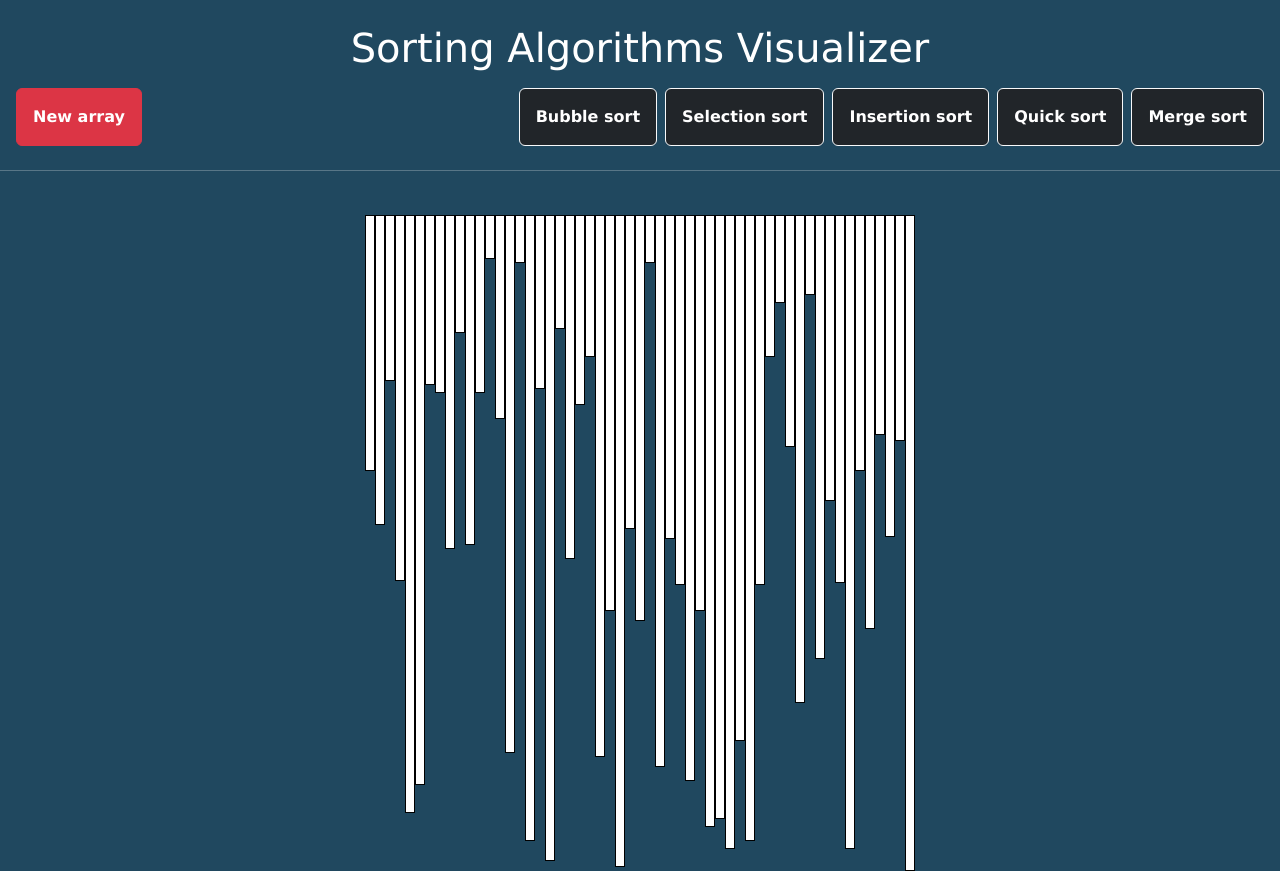
Repository: Vasil1001/Sorting-Algorithms-Visualizer-js
Page: views/index.html
These files come from the project's save history. The page is drawn as it stood at one moment and after the next save; the edit follows.
The browser window is 1280 px wide. The pictures show the whole page.

Above is the page before, as saved 2022-11-03 18:07:39.

### views/index.html
<!doctype html>
<html lang="en">

<head>
  <meta charset="utf-8">
  <meta name="viewport" content="width=device-width, initial-scale=1">

  <title>Sorting Algorithms Visualizer</title>

  <!-- Import css & bootstrap-->
  <link href="https://cdn.jsdelivr.net/npm/bootstrap@5.2.2/dist/css/bootstrap.min.css" rel="stylesheet"
    integrity="sha384-Zenh87qX5JnK2Jl0vWa8Ck2rdkQ2Bzep5IDxbcnCeuOxjzrPF/et3URy9Bv1WTRi" crossorigin="anonymous">
  <link rel="stylesheet" href="/css/base.css">

</head>

<header>
  <h1 align="center" class="mt-4">Sorting Algorithms Visualizer</h1>


  <nav class="navbar navbar-expand-lg">

    <div class="container-fluid">
      <button type="button" class="btn btn-danger mx-1 p-3 " id="new_array" style="color: white;"><b>New
          array </b>
      </button>
      <ul class="navbar-nav">
        <li class="nav-item">
          <button type="button" class="btn btn-dark border-light mx-1 p-3 " id="bubble_sort"
            style="color: white;"><b>Bubble sort</b> </button>
        </li>
        <li class="nav-item">
          <button type="button" class="btn btn-dark border-light mx-1 p-3 " id="selection_sort"
            style="color: rgb(255, 255, 255);">
            <b>Selection sort</b></button>
        </li>
        <li class="nav-item">
          <button type="button" class="btn btn-dark border-light mx-1 p-3 " id="insertion_sort" style="color: white;">
            <b>Insertion sort</b></button>
        </li>
        <li class="nav-item">
          <button type="button" class="btn btn-dark border-light mx-1 p-3 " id="quick_sort" style="color: white;">
            <b>Quick sort</b></button>
        </li>
        <li class="nav-item">
          <button type="button" class="btn btn-dark border-light mx-1 p-3 " id="merge_sort"> <b>Merge sort</b></button>
        </li>

      </ul>
    </div>
  </nav>


</header>

<body>

  <hr style="color: white;">

  <div id="bars" class="bars flex-container p-4"></div>

  <!-- Import css & bootstrap-->
  <script src="https://cdn.jsdelivr.net/npm/bootstrap@5.2.2/dist/js/bootstrap.bundle.min.js"
    integrity="sha384-OERcA2EqjJCMA+/3y+gxIOqMEjwtxJY7qPCqsdltbNJuaOe923+mo//f6V8Qbsw3"
    crossorigin="anonymous"></script>
  <script defer src="/sort_algos_js_files/index.js"></script>

</body>

</html>

### css/base.css
body {
    background-color: rgb(32, 72, 95);
    color:white;
    font-size: 18px;
    font-family: 'Lucida Sans', 'Lucida Sans Regular', 'Lucida Grande', 'Lucida Sans Unicode', Geneva, Verdana, sans-serif;
}
.flex-container{
    margin-top: 20px;
    display: flex;
    flex-wrap: nowrap;
    width: 100%;
    height: 500px;
    justify-content: center;
    transition: 2s all ease;
}

.flex-item{
    background: rgb(255, 255, 255);
    border: 1pt solid black;
    width: 10px;
    transition: 0.1s all ease;
}

.sidenav {
    height: 100%;
    width: 160px;
    position: fixed;
    z-index: 1;
    top: 0;
    left: 0;
    background-color: rgb(14, 13, 35);
    overflow-x: hidden;
    padding-top: 20px;
  }

  .sidenav a {
    padding: 6px 8px 6px 16px;
    text-decoration: none;
    font-size: 25px;
    color: #818181;
    display: block;
  }

  .sidenav a:hover {
    color: #f1f1f1;
  }

  .main {
    margin-left: 160px; /* Same as the width of the sidenav */
    font-size: 28px; /* Increased text to enable scrolling */
    padding: 0px 10px;
  }
  @media screen and (max-height: 450px) {
    .sidenav {padding-top: 15px;}
    .sidenav a {font-size: 18px;}
  }

### sort_algos_js_files/index.js
let random_array_100 = [];
createBarArray();


function createBarArray() {

    // replace array
    deletePreviousArray()

    // Array to store randomly generated numbers
    random_array_100 = [];
    var numberOfBars = 0;
    let l = 55;

    // get a random number and add it to the array until there are 100 in array
    for (numberOfBars = 0; numberOfBars < l; numberOfBars++) {
        random_array_100.push(Math.round(Math.random() * l * 6));
    }
    // print 100 random numbers of the array
    console.log(random_array_100);


     // select the div #bars element
     const bars = document.querySelector("#bars");
    // make bars with height from random array numbers
    for (let i = 0; i < random_array_100.length; i++) {
        // const para = document.createElement("div");
        // para.innerText = random_array_100[i];
        // document.body.appendChild(para);

        // create div bar for each number in the array
        const bar = document.createElement("div");
        bar.style.height = `${random_array_100[i]*2}px`;
        bar.classList.add('bar');
        bar.classList.add('flex-item');
        bar.classList.add(`barNo${i}`);
        bars.appendChild(bar);
    }
}

function deletePreviousArray() {
    const bar = document.querySelector("#bars");
    bar.innerHTML = '';
}

document.getElementById("new_array").addEventListener("click", function(){
    createBarArray();
});

After the next save:
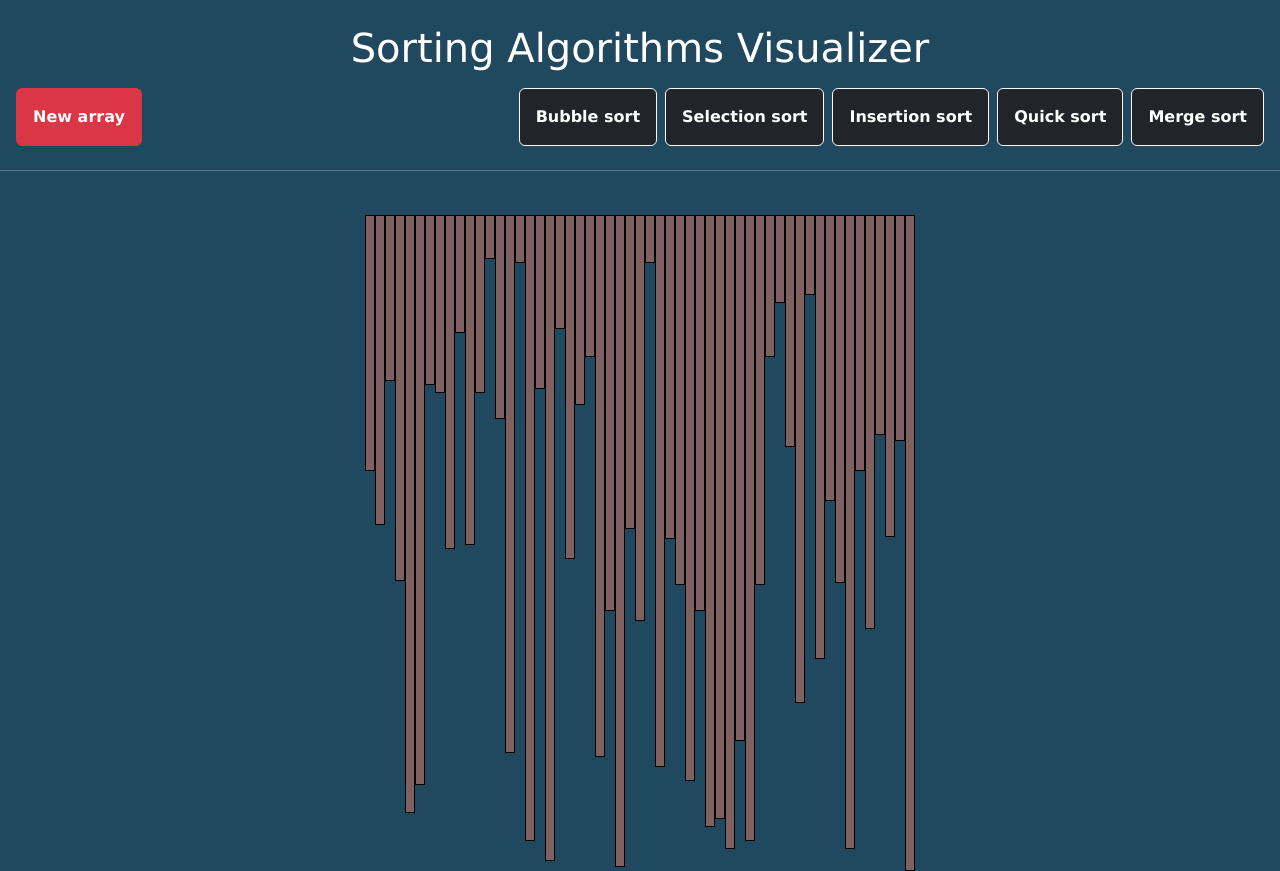
Saved 12 s later.
--- a/css/base.css
+++ b/css/base.css
@@ -15,7 +15,7 @@ body {
 }
 
 .flex-item{
-    background: rgb(255, 255, 255);
+    background: rgb(127, 97, 97);
     border: 1pt solid black;
     width: 10px;
     transition: 0.1s all ease;
